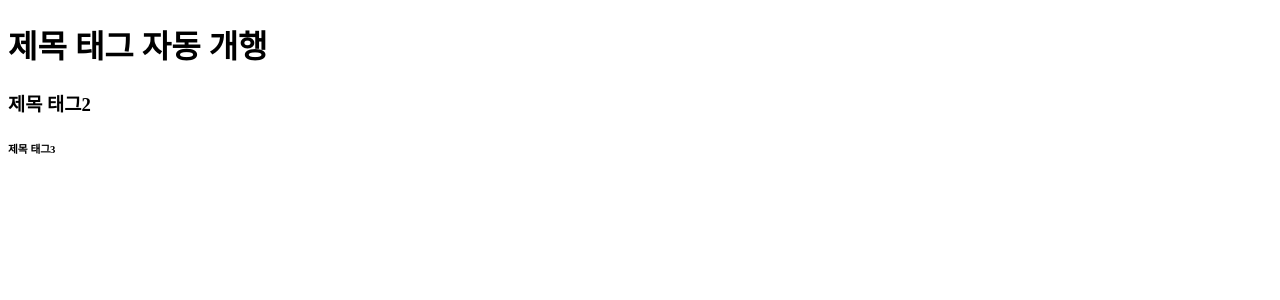
Repository: YeonHaw/jsp
Page: JSPBasic/src/main/webapp/HTML/Index01.html
These files come from the project's save history. The page is drawn as it stood at one moment and after the next save; the edit follows.
The browser window is 1280 px wide. The pictures show the whole page.

Above is the page before, as saved 2023-12-26 07:50:25.

After the next save:
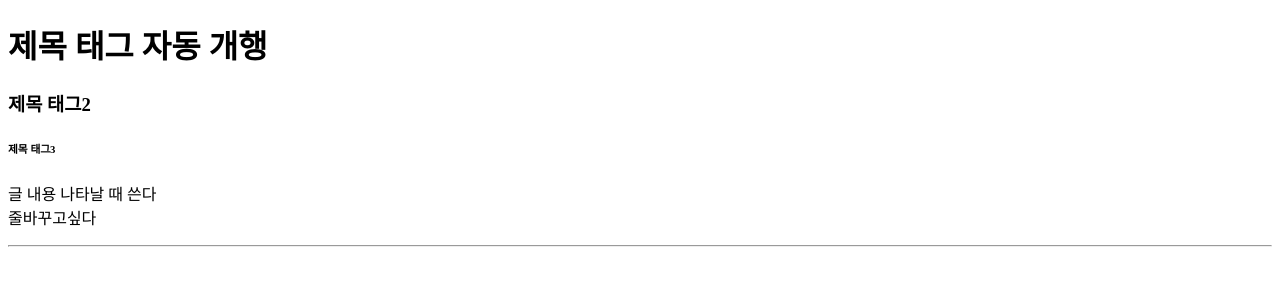
Saved 2 min 43 s later.
--- a/JSPBasic/src/main/webapp/HTML/Index01.html
+++ b/JSPBasic/src/main/webapp/HTML/Index01.html
@@ -1,6 +1,6 @@
 <!DOCTYPE html> <!-- html 문서라는 뜻 -->
 <html>
-<head> <! -- 페이지에 대한 정보가 들어감(제목,아이콘,화면의 사이즈 정보 등, 검색힌트) -->
+<head> <!-- 페이지에 대한 정보가 들어감(제목,아이콘,화면의 사이즈 정보 등, 검색힌트) -->
 <meta charset="UTF-8">
 <title>Insert title here</title>
 </head>
@@ -8,5 +8,12 @@
 <h1>제목 태그 자동 개행</h1>
 <h3>제목 태그2</h3>
 <h6>제목 태그3</h6>
+
+<p>
+	글 내용 나타날 때 쓴다 <br>
+	줄바꾸고싶다
+
+	<hr>
+</p>
 </body>
 </html>
